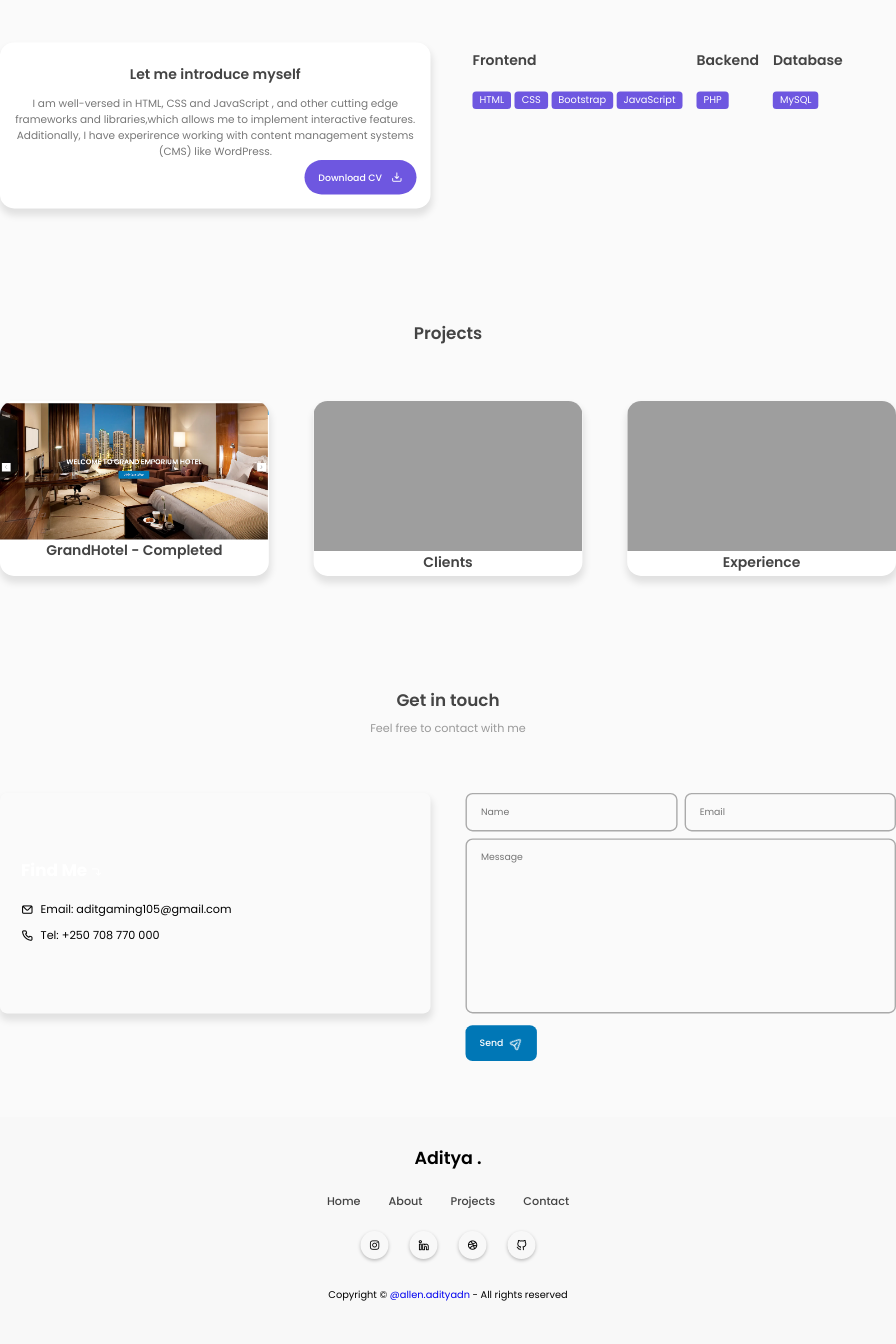
Repository: 4Kbrain/Portofolio
Page: index.html
An editor plug-in stored every save of this project. The page is shown before and after the next save, followed by the edit.
The browser window is 1280 px wide. The pictures show the part of the page from y = 854 to 2774 px (the page is 2774 px tall), at 70% of full size.
Pictures or frames that could not be fetched are drawn as grey boxes.

Above is the page before, as saved 2024-05-15 16:36:10.
Console error: ReferenceError: ScrollReveal is not defined

After the next save:
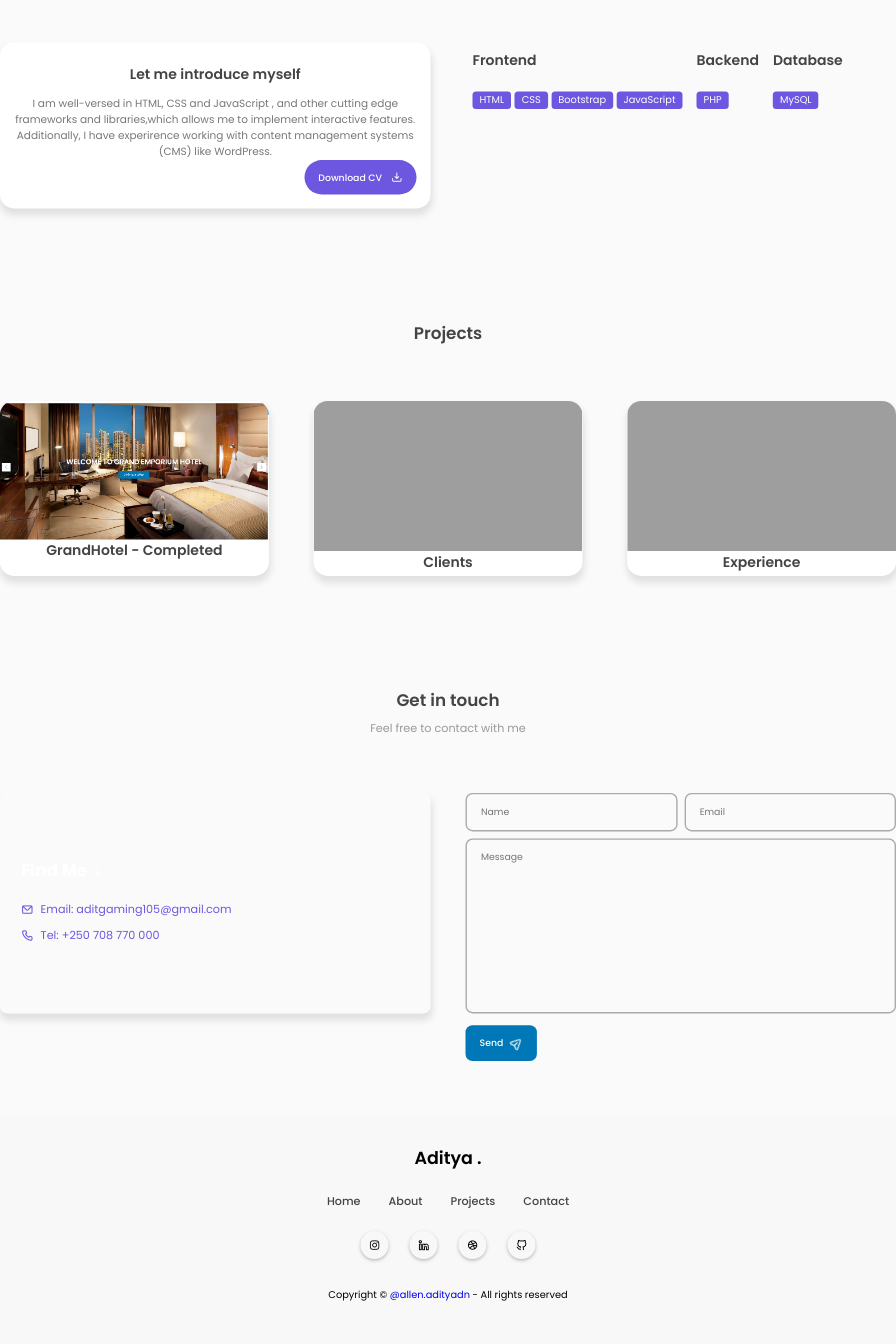
Saved 7 s later.
--- a/assets/css/style.css
+++ b/assets/css/style.css
@@ -407,7 +407,7 @@ h3{
     display: flex;
     align-items: center;
     gap: 10px;
-    color: var(--);
+    color: var(--first-color);
     margin-block: 5px;
 }
 .contact-info p>i{

After the save that followed:
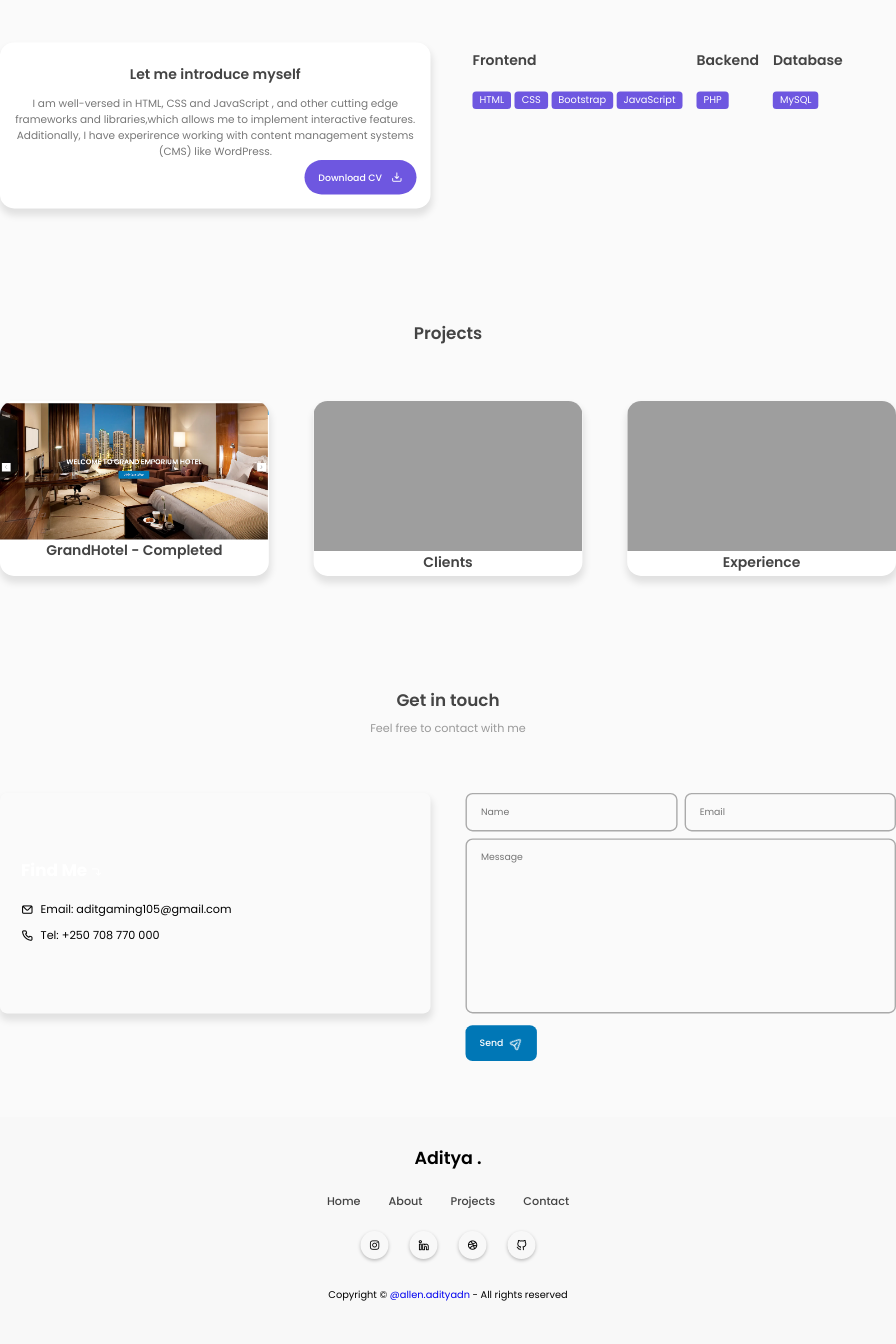
Saved 7 s later.
--- a/assets/css/style.css
+++ b/assets/css/style.css
@@ -407,7 +407,7 @@ h3{
     display: flex;
     align-items: center;
     gap: 10px;
-    color: var(--first-color);
+    color: var();
     margin-block: 5px;
 }
 .contact-info p>i{
